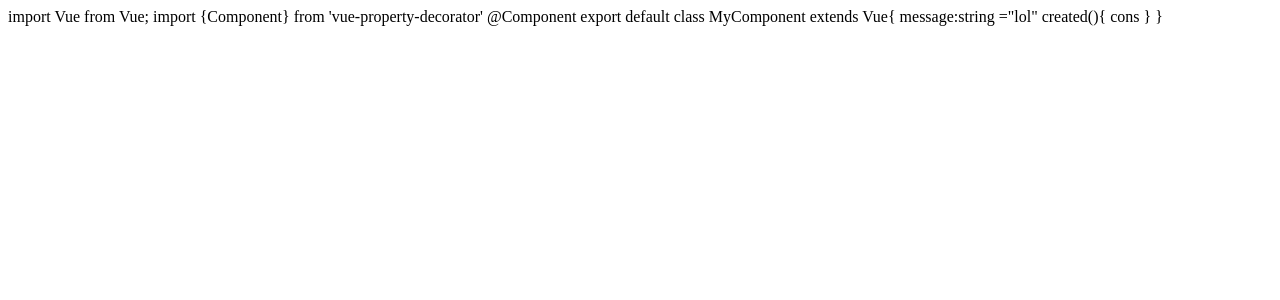
Repository: pawvan/amazonui
Page: sex.html
An editor plug-in stored every save of this project. The page is shown before and after the next save, followed by the edit.
The browser window is 1280 px wide. The pictures show the whole page.

Above is the page before, as saved 2025-01-01 14:38:45.

After the next save:
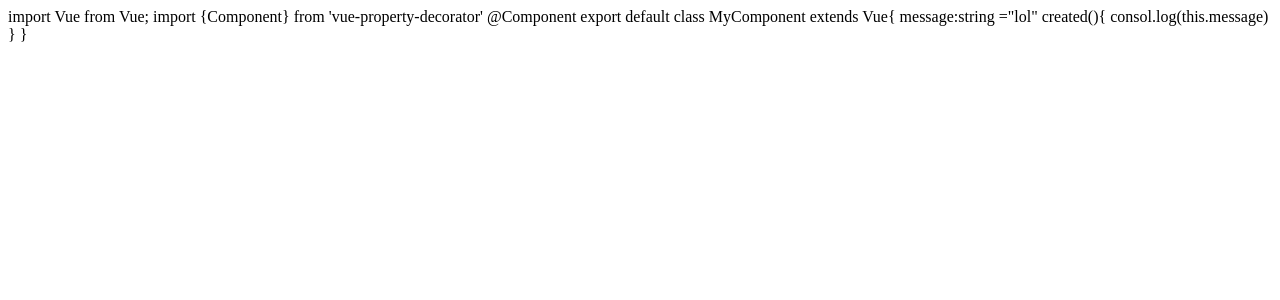
Saved 9 s later.
--- a/sex.html
+++ b/sex.html
@@ -4,6 +4,6 @@
 export default class MyComponent extends Vue{
     message:string ="lol"
     created(){
-        cons
+        consol.log(this.message)
     }
 }
